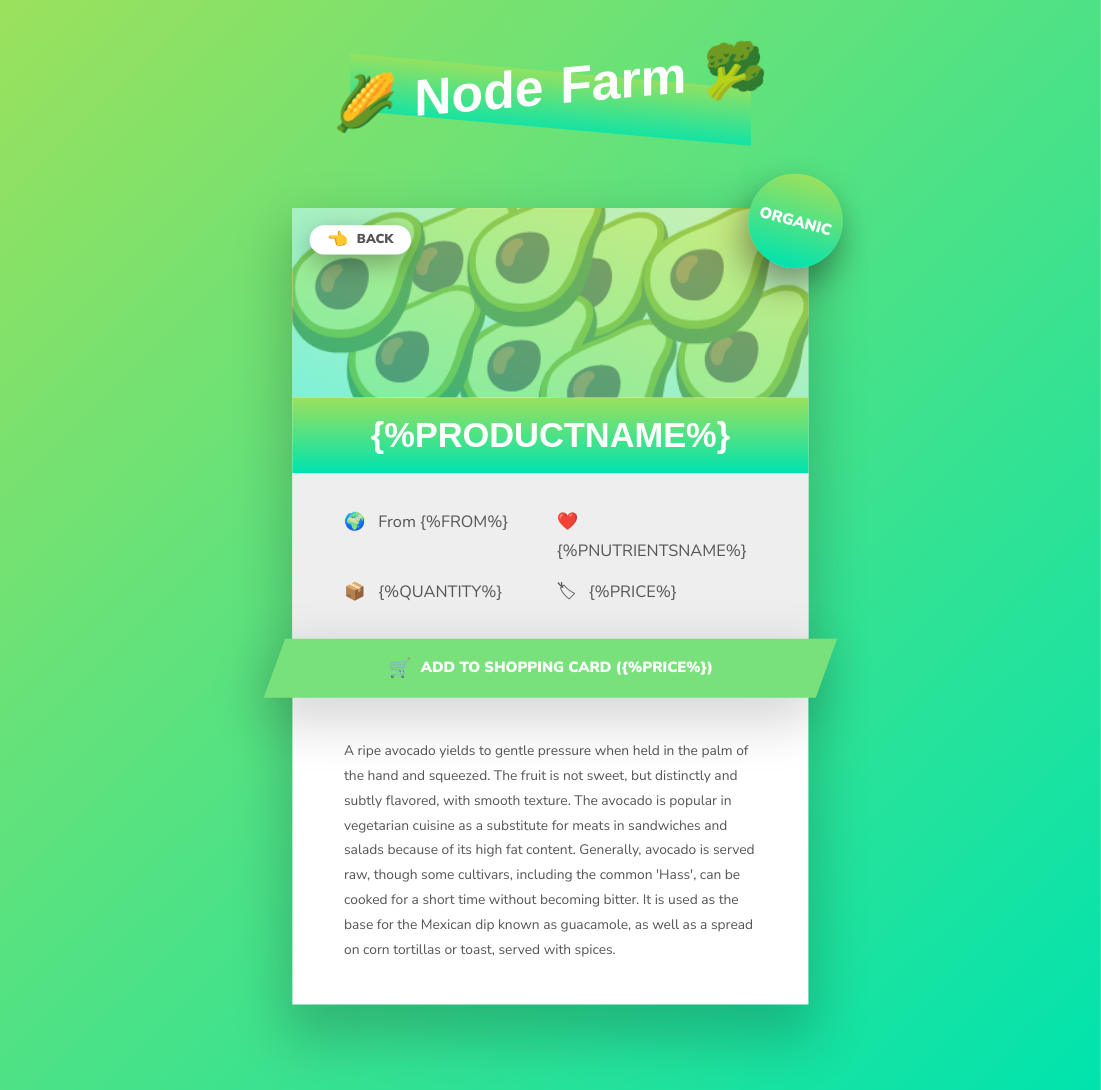
Repository: Tiantian-C/node2
Page: templates/product.html
These files come from the project's save history. The page is drawn as it stood at one moment and after a run of saves; the edit follows.
The browser window is 1280 px wide. The pictures show the whole page, at 86% of full size.
Some web fonts or font styles are not loaded; a fallback is used.

Above is the page before, as saved 2023-07-15 15:29:13.

After the next 2 saves:
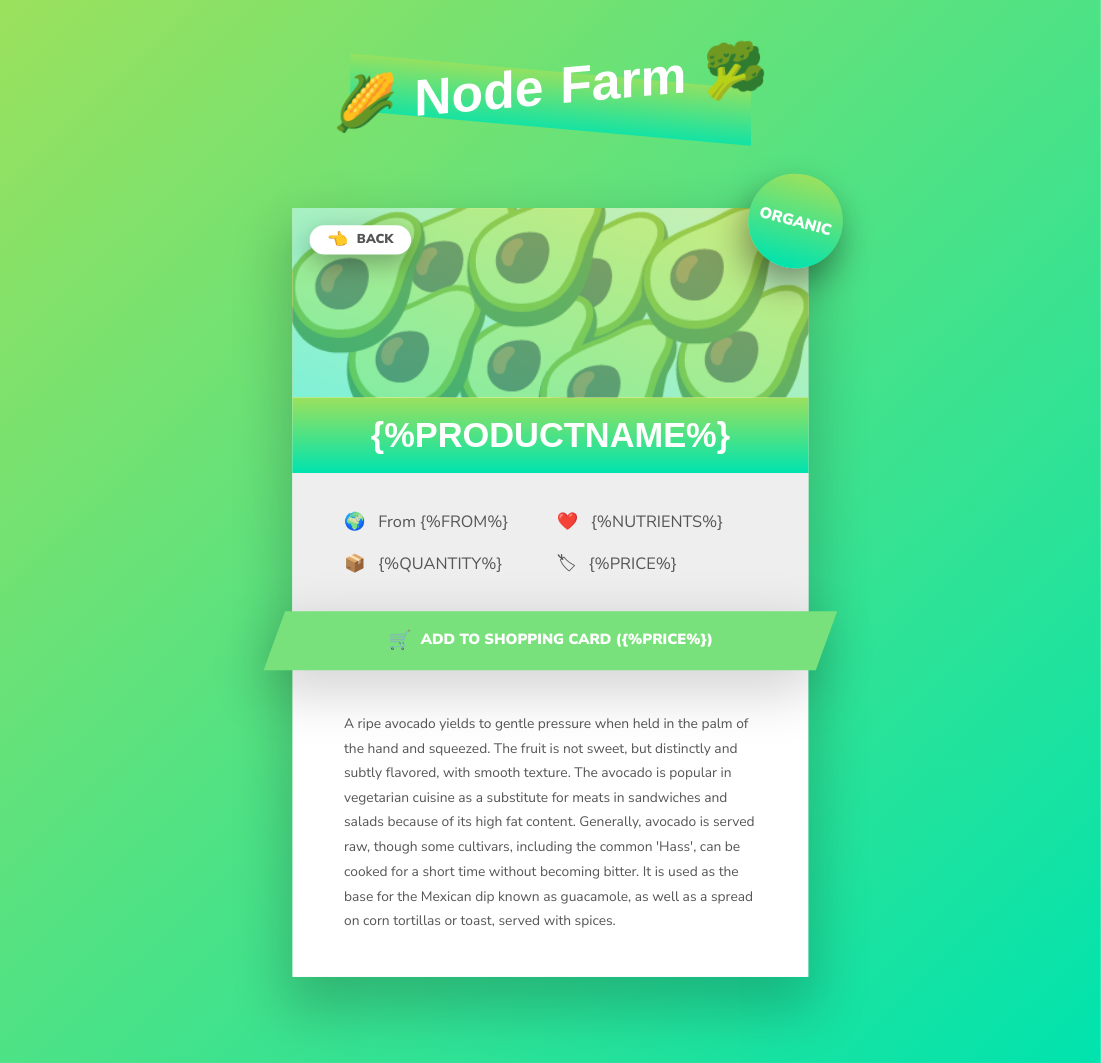
The 2 saves are shown as one change because they came seconds apart.
The last was saved 8 s later.
--- a/templates/product.html
+++ b/templates/product.html
@@ -288,7 +288,7 @@
         <h2 class="product__name">{%PRODUCTNAME%}</h2>
         <div class="product__details">
           <p><span class="emoji-left">🌍</span> From {%FROM%}</p>
-          <p><span class="emoji-left">❤️</span> {%PNUTRIENTSNAME%}</p>
+          <p><span class="emoji-left">❤️</span> {%NUTRIENTS%}</p>
           <p><span class="emoji-left">📦</span> {%QUANTITY%}</p>
           <p><span class="emoji-left">🏷</span> {%PRICE%}</p>
         </div>
